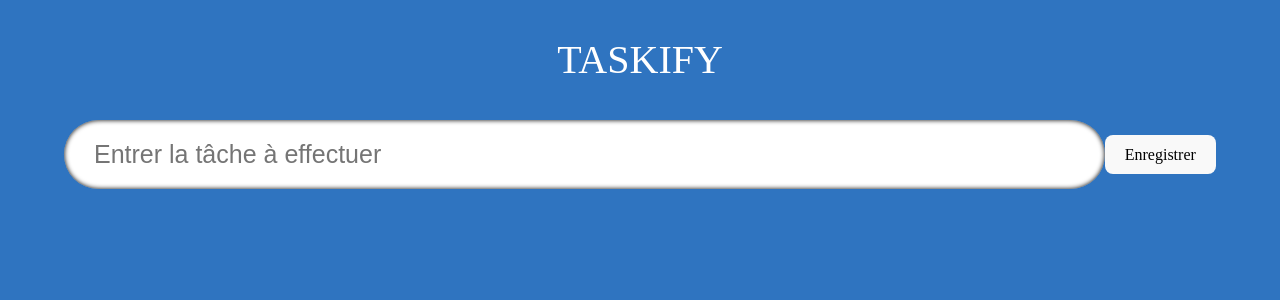
Repository: abdoulkarim20/react-ts-training
Page: /
These files come from the project's save history. The page is drawn as it stood at one moment and after a run of saves; the edit follows.
The browser window is 1280 px wide. The pictures show the whole page.
Some web fonts or font styles are not loaded; a fallback is used. The project was rebuilt for these pictures with package versions that can differ from the ones it lists, and the page was loaded fresh each time. Also part of the build but not shown: vite.config.ts.

Above is the page before, as saved 2024-01-23 00:14:20.

### src/App.tsx
import './App.css'
import InputField from './components/InputField'

function App() {
  return (
    <div className='App'>
      <span className='Heading'>Taskify</span>
      <InputField />
    </div>
  )
}

export default App

### src/App.css
@import url('https://fonts.googleapis.com/css2?family=Neucha&display=swap');

/* * {
  margin: 0;
  padding: 0;
  box-sizing: border-box;
  font-family: "Neucha", cursive;
} */

.App {
  width: 100vw;
  height: 100vh;
  display: flex;
  flex-direction: column;
  align-items: center;
  background-color: #2f74c0;
  font-family: "Neucha", cursive;
}

.Heading {
  text-transform: uppercase;
  font-size: 40px;
  color: white;
  margin: 30px 0;
  z-index: 1;
  text-align: center;
}

/**Media query mobile*/
@media only screen and (min-width:320px) and (max-width:767px) {}

/**Media query tablette*/
@media only screen and (min-width:768px) and (max-width:1024px) {}

/**Media query extra large*/
@media only screen and (min-width:1025px) and (max-width:1400px) {}

### src/components/InputField.tsx
import "./styles.css";
const InputField = () => {
    return (
        <form className="task-form">
            <input type="input" placeholder="Entrer la tâche à effectuer" className="input-task" />
            <button className="save-task-btn" type="submit">Enregistrer</button>
        </form>
    )
}
export default InputField

### src/components/styles.css
.task-form {
    display: flex;
    width: 90%;
    align-items: center;
}

.input-task {
    width: 100%;
    border-radius: 50px;
    padding: 20px 30px;
    font-size: 25px;
    border: none;
    transition: 0.2s;
    box-shadow: inset 0 0 5px black;
}

.input-task:focus {
    box-shadow: 0 0 10px 1000px rgb(0, 0, 0, 0.5);
    outline: none;
}

.save-task-btn {}

Loaded but not shown: index.html (common file); src/main.tsx (common file); src/index.css (common file)

After the next 2 saves:
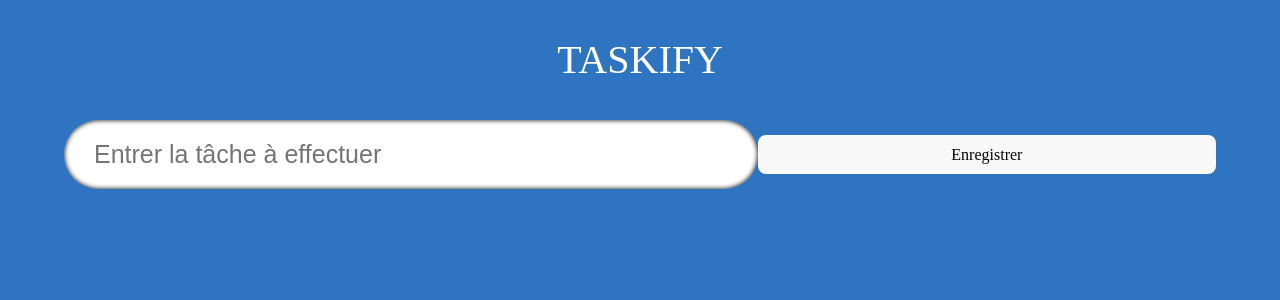
The 2 saves are shown as one change because they came seconds apart.
The last was saved 16 s later.
--- a/src/components/styles.css
+++ b/src/components/styles.css
@@ -19,4 +19,6 @@
     outline: none;
 }
 
-.save-task-btn {}
+.save-task-btn {
+    width: 50pc;
+}
